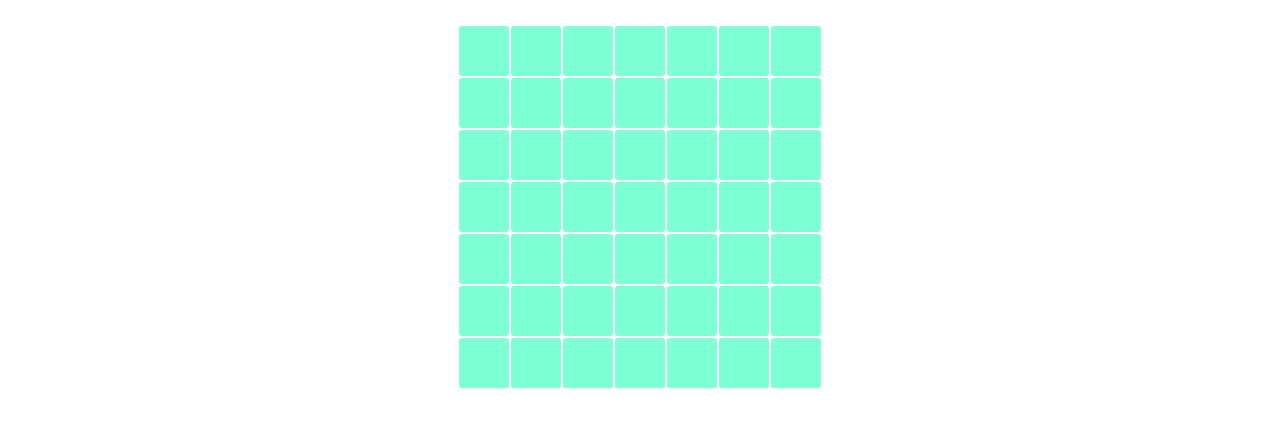
Repository: teamco/tiktaktoe
Page: /
These files come from the project's save history. The page is drawn as it stood at one moment and after the next save; the edit follows.
The browser window is 1280 px wide. The pictures show the whole page.
The project was rebuilt for these pictures with package versions that can differ from the ones it lists, and the page was loaded fresh each time.

Above is the page before, as saved 2024-12-18 21:47:33.

### index.html
<!doctype html>
<html lang="en">
  <head>
    <meta charset="UTF-8" />
    <link rel="icon" type="image/svg+xml" href="/vite.svg" />
    <meta name="viewport" content="width=device-width, initial-scale=1.0" />
    <title>Vite + TS</title>
  </head>
  <body>
    <div id="app"></div>
    <div class="error">Config error</div>
    <script type="module" src="/src/main.ts"></script>
  </body>
</html>

### src/main.ts
import { TicTacToe } from './tiktaktoe.ts'

import './style.css'

document.querySelector<HTMLDivElement>('#app')!.innerHTML = `
  <div id="root"></div>
  <div class="error">Config error</div>

`;

const _root = document.querySelector<HTMLDivElement>('#root');
_root && new TicTacToe(7, 4, _root);

### src/tiktaktoe.ts
export class TicTacToe {
  size: number;
  minSize: number;
  currentPlayer: string;
  players: any;
  winMap: any;
  uls: any;
  debug: boolean;
  winner: any;

  /**
   * @param {number} size The size of the Tic Tac Toe board to be generated.
   * @param {number} minSize The minimum number of squares in a line to win.
   * @param {HTMLElement} root The root element to render the board to.
   * @param {boolean} [debug=false] Whether or not to log debug information.
   * @throws {Error} If the board size or minSize are invalid.
   */
  constructor(size: number, minSize: number, root: HTMLElement, debug: boolean = false) {
    this.winMap = [];
    this.players = {
      '0': [],
      'X': []
    };

    this.debug = debug;
    this.currentPlayer = 'X';
    this.winner = null;

    this.size = size;
    this.minSize = minSize;

    if (size < minSize || minSize <= 0) {
      document.querySelector('.error')?.classList.add('show');

      throw new Error('Config error');
    }


    this.renderDOM(root, { margin: 2, width: 50 });
    this.uls = document.querySelectorAll('ul');
    this.initMatrix();

    window.addEventListener('click', e => {
      if (e?.target && 'tagName' in e?.target && (e.target as HTMLElement).tagName === 'LI') {
        e.preventDefault();
        this.handleClick(e.target as HTMLElement);
      }
    });
  }

  /**
   * Renders the game board to the given root element.
   * @param {HTMLElement} root The root element to render the board to.
   * @param {Object} opts Options for rendering the board.
   * @param {number} opts.margin The margin between cells in pixels.
   * @param {number} opts.width The width of each cell in pixels.
   */
  renderDOM(root: HTMLElement, opts: { margin: number, width: number }): void {
    const dims = this.size * opts.width + (this.size - 1) * opts.margin;
    root.setAttribute('style', 'width:' + dims + 'px;');
    for (let i = 0; i < this.size; i++) {
      const ul = document.createElement('ul');
      ul.setAttribute('style', 'margin-bottom:' + opts.margin + 'px;height:' + opts.width + 'px');
      root.appendChild(ul);
      for (let y = 0; y < this.size; y++) {
        const li = document.createElement('li');
        li.setAttribute('style', 'margin-right:' + opts.margin + 'px;width:' + opts.width + 'px');
        ul.appendChild(li);
      }
    }
  }

  /**
   * Recursive function to generate combinations of numbers from colMap of length
   * minSize or larger, starting from startAt index. The result is an array of
   * arrays, where each subarray is a combination of numbers that can be part of
   * a winning combination.
   * @param {number[]} colMap The array of numbers to generate combinations from.
   * @param {number} startAt The starting index in colMap to generate combinations
   * from.
   * @param {number[][]} result The array of arrays to store the generated
   * combinations in.
   * @returns {number[][]} The array of arrays of combinations.
   */
  getCombinations(colMap: string[], startAt: number, result: string[][] = []): string[][] {
    if (startAt >= colMap.length) {
      return result;
    }

    const res: string[] = [];
    for (let i = startAt; i < colMap.length; i++) {
      if (res.length < this.minSize) {
        res.push(colMap[i]);
      }
    }

    if (res.length === this.minSize) {
      result.push(res);
    }

    return this.getCombinations(colMap, startAt + 1, result);
  }

  /**
   * Populates the horizontal map (HMap) with index values of list items (li)
   * from each unordered list (ul) and updates the winMap with combinations of
   * indices that can form a winning configuration. Each list item is assigned
   * a unique data-index attribute based on its position within the ul. Optionally
   * displays indices in the list items for debugging.
   *
   * @param {string[][]} [HMap=[]] - The initial horizontal map to populate with indices.
   * @returns {string[][]} The updated horizontal map with indices.
   */
  handleH(HMap: string[][] = []): string[][] {
    this.uls.forEach((ul: HTMLUListElement, ul_idx: number) => {
      const lis = ul.querySelectorAll('li');
      let colMap: string[] = [];
      lis.forEach((li, li_idx) => {
        const idx = ul_idx + '' + li_idx;
        li.setAttribute('data-index', idx);
        this.debug && (li.innerHTML = '<span>' + idx + '</span>');
        colMap.push(idx);
      });

      const res = this.getCombinations(colMap, 0, []);

      HMap.push(colMap);

      this.winMap = [...this.winMap, ...res];
    });

    return HMap;
  }

  /**
   * Transforms a horizontal map (HMap) into a vertical map (VMap) and a 90-degree
   * rotated map (HMap_90). The function generates combinations of elements from
   * each column in the 90-degree rotated map and appends them to the vertical map.
   *
   * @param {string[][]} HMap The horizontal map to transform, a 2D array of strings.
   * @param {string[][]} [VMap=[]] The initial vertical map to append combinations to.
   * @returns { VMap: string[][], HMap_90: string[][] } An object containing the vertical map (VMap) and the 90-degree
   * rotated map (HMap_90).
   */
  handleV(HMap: string[][], VMap: string[][] = []): { VMap: string[][], HMap_90: string[][] } {
    const HMap_90: string[][] = HMap[0].map((_val, index) => HMap.map(row => row[index]).reverse());
    HMap_90.forEach(val => {
      const res = this.getCombinations(val, 0, []);
      VMap = [...VMap, ...res];
    });

    return { VMap, HMap_90 };
  }

  /**
   * Populates the diagonal map (DMap) with combinations of elements from
   * diagonals of the given list. The function iterates through the list,
   * mapping elements at the same index plus an offset to form a diagonal.
   * The diagonal is then filtered for empty strings and any combinations
   * of elements that are at least minSize in length are added to the
   * diagonal map. The function is called recursively with an incremented
   * offset until the end of the list is reached.
   *
   * @param {string[]} list The list to generate diagonals from.
   * @param {number} [index=0] The index to start at for the diagonal.
   * @param {number} [up=1] The offset to add to the index for each diagonal.
   * @param {string[][]} [diagonals=[]] The initial diagonal map to append to.
   * @returns {string[][]} The updated diagonal map.
   */
  handleDiagonals(list: string[][], index: number = 0, up: number = 1, diagonals: string[][] = []): string[][] {
    if (list.length < index + 1) {
      return diagonals;
    }

    const diagonal = list.map((val, idx) => val[idx + up * index]).filter(d => d);
    const combinations = this.getCombinations(diagonal, 0, []);

    if (diagonal.length >= this.minSize) {
      diagonals = [...diagonals, ...combinations];
    }

    return this.handleDiagonals(list, index + 1, up, diagonals);
  }

  initMatrix() {
    const HMap: string[][] = this.handleH([]);

    const dHUp = this.handleDiagonals(HMap, 0, 1, []);
    const dHDown = this.handleDiagonals(HMap, 0, -1, []);

    const diagonalsH = [...dHUp, ...dHDown];

    const { VMap, HMap_90 } = this.handleV(HMap, []);

    const dVUp = this.handleDiagonals(HMap_90, 0, 1, []);
    const dVDown = this.handleDiagonals(HMap_90, 0, -1, []);

    const diagonalsV = [...dVUp, ...dVDown];

    const _mapArray: Set<string> = new Set([
      ...this.winMap,
      ...VMap,
      ...diagonalsH,
      ...diagonalsV
    ].map(item => JSON.stringify(item)));

    // @ts-ignore
    this.winMap = Array.from(_mapArray, JSON.parse);

    this.debug && console.log('Win map', this.winMap);
  }

  /**
   * Switches the current player to the opposite player ('X' or '0') and optionally logs the current player.
   *
   * @param {string} player The player whose turn just ended, either 'X' or '0'.
   */
  handlePlayers(player: string) {
    this.currentPlayer = player === 'X' ? '0' : 'X';
    this.debug && console.log('Current player', this.currentPlayer);
  }

  /**
   * Handles a click event on a game board cell. Marks the cell as selected
   * and assigns it to the current player if it is not already selected and
   * there is no winner yet. Updates the player's move list, checks for a
   * winner, and switches the current player.
   *
   * @param {HTMLElement} handler The list item element that was clicked.
   * @returns {boolean|void} Returns false if the cell is already selected or
   * if there is a winner, otherwise void.
   */
  handleClick(handler: HTMLElement): boolean | void {
    if (handler.className.match(/selected/) || this.winner) {
      return false;
    }
    handler.classList.add('selected', 'selected' + this.currentPlayer);
    this.players[this.currentPlayer].push(handler.getAttribute('data-index'));
    this.handleWinners();
    this.handlePlayers(this.currentPlayer);
  }

  /**
   * Retrieves a list item element (li) from the document based on its data-index
   * attribute, which matches the provided index.
   *
   * @param {string} idx The data-index of the list item to retrieve.
   * @returns {HTMLElement | null} The list item element with the specified data-index,
   * or null if no such element exists.
   */
  getHadnler(idx: string): HTMLElement | null {
    return document.querySelector('li[data-index="' + idx + '"]');
  }

  /**
   * Checks if the current player has won the game by comparing their moves
   * with each winning combination in the win map. If the current player has
   * made at least minSize moves and any of the winning combinations matches
   * their moves, marks the winning cells with the class `winner` and sets
   * the winner to the current player.
   */
  handleWinners() {
    const playerMap = this.players[this.currentPlayer];
    const res = this.players[this.currentPlayer].map((x: string) => parseInt(x, 10));
    playerMap.length >= this.minSize && this.winMap.forEach((nums: string[]) => {
      let winner = true;
      nums.forEach((n: string) => {
        winner = winner && res.indexOf(parseInt(n, 10)) > -1;
      });

      if (winner) {
        nums.forEach((n: string) => {
          const handler = this.getHadnler(n);
          handler?.classList.add('winner');
        });
        this.winner = this.currentPlayer;
      }
    });
  }
}

### src/style.css
html * {
  padding: 0;
  margin: 0;
}

#root {
  margin: 2% auto;
}

ul:last-child {
  margin: 0 !important;
}

li {
  height: 100%;
  background-color: aquamarine;
  display: inline-block;
  border-radius: 3px;
  cursor: pointer;
  transition: all 0.5s ease;
  position: relative;
}

li > span {
  font-size: 10px;
  position: absolute;
  top: 3px;
  left: 5px;
  z-index: 1;
  color: brown;
}

li:hover {
  box-shadow: 1px 1px 3px #ccc;
}

li.selected {
  cursor: auto;
}

li.selected:hover {
  box-shadow: none;
}

li:last-child {
  margin: 0 !important;
}

li.selected::after {
  border-radius: 3px;
  line-height: 50px;
  text-align: center;
  position: absolute;
  height: 50px;
  width: 50px;
  font-size: 18px;
  background-color: bisque;
  box-shadow: inset 1px 1px 3px #ccc;
}

li.selectedX::after {
  content: 'X';
}

li.selected0::after {
  content: '0';
  background-color: khaki;
}

li.selected.winner::after {
  background-color: chartreuse;
}

.error {
  text-align: center;
  color: brown;
  font-size: 12px;
  display: none;
}

.error.show {
  display: block;
}

After the next save:
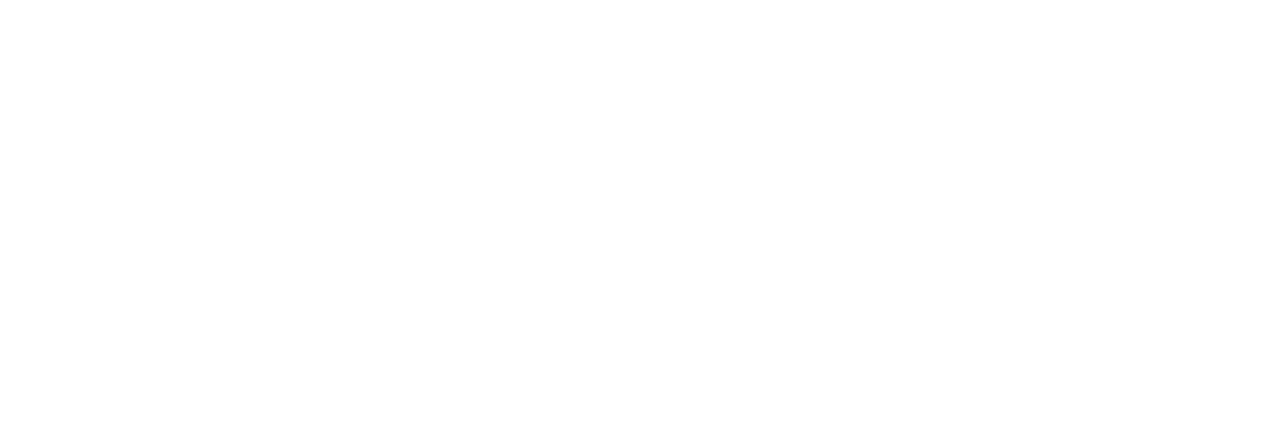
Console error: TypeError: Cannot set properties of null (setting 'innerHTML')
Saved 4 s later.
--- a/index.html
+++ b/index.html
@@ -7,7 +7,7 @@
     <title>Vite + TS</title>
   </head>
   <body>
-    <div id="app"></div>
+    <div id="root"></div>
     <div class="error">Config error</div>
     <script type="module" src="/src/main.ts"></script>
   </body>

After the save that followed:
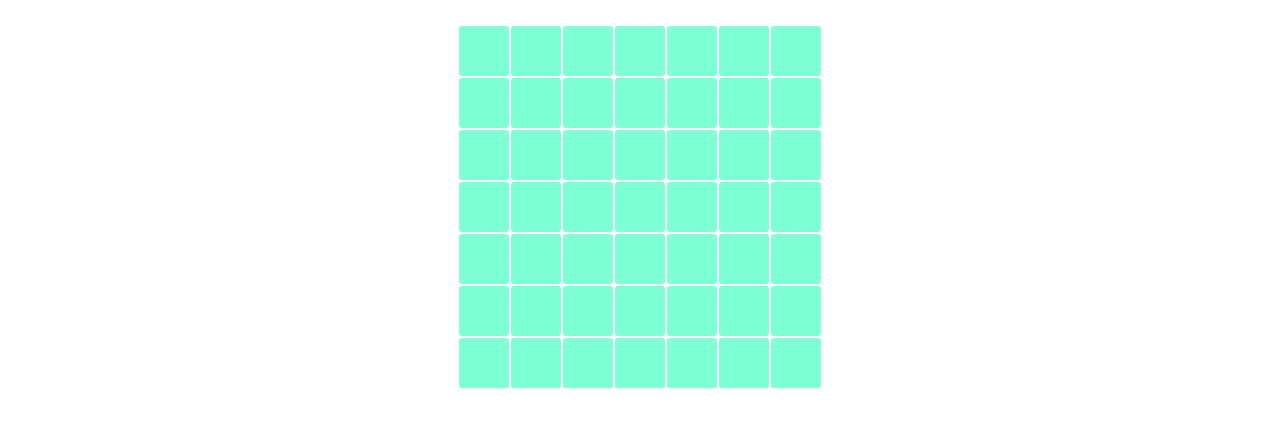
The error is gone.
Saved 10 s later.
--- a/src/main.ts
+++ b/src/main.ts
@@ -2,11 +2,5 @@
 
 import './style.css'
 
-document.querySelector<HTMLDivElement>('#app')!.innerHTML = `
-  <div id="root"></div>
-  <div class="error">Config error</div>
-
-`;
-
 const _root = document.querySelector<HTMLDivElement>('#root');
 _root && new TicTacToe(7, 4, _root);
